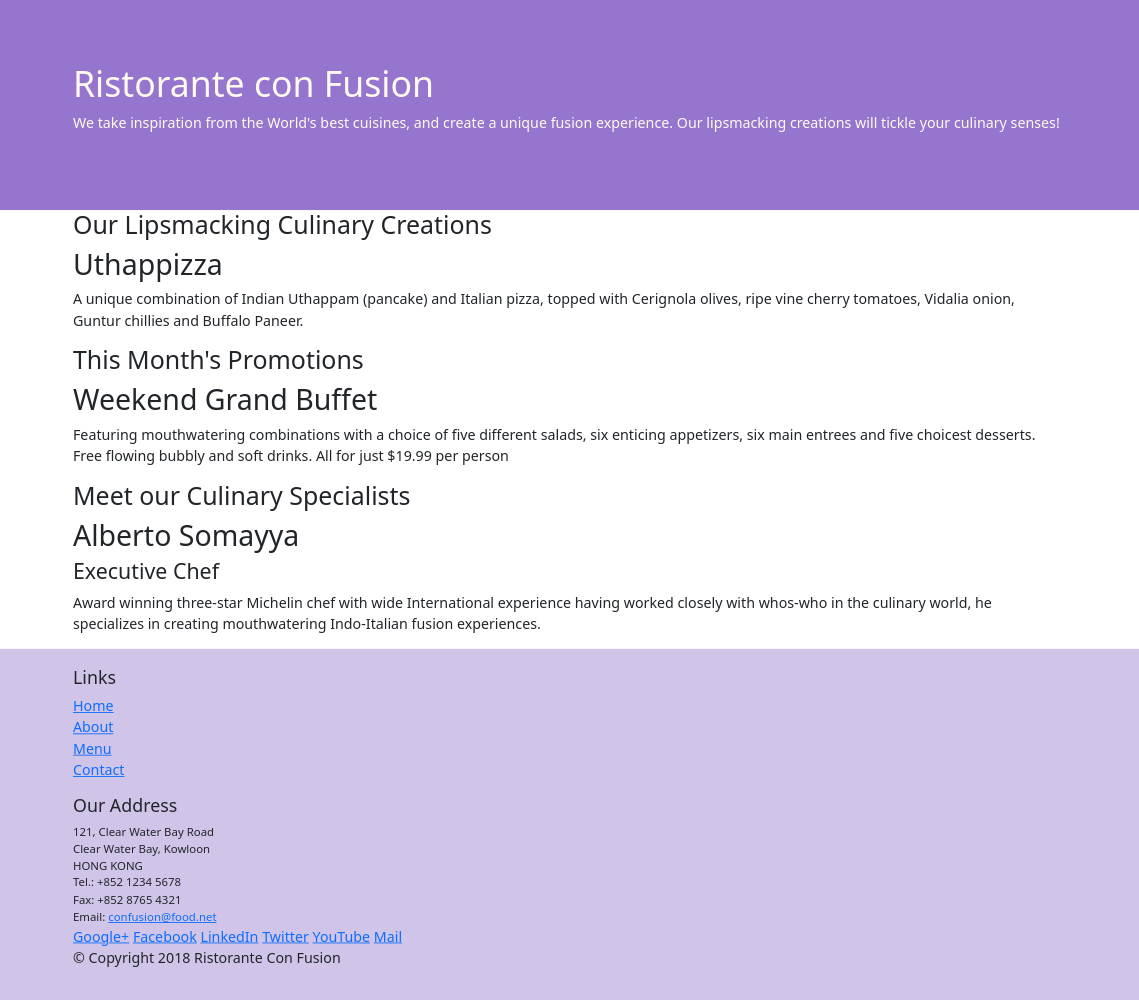
Repository: devjeremyjake/confusion
Page: index.html
The author's editor kept a copy of each file at every save. The page is drawn from the files as they stood at one save, then again after the next save.
The browser window is 1280 px wide. The pictures show the whole page, at 89% of full size.
Some web libraries are served in a nearby version.

Above is the page before, as saved 2020-01-30 15:39:19.

After the next save:
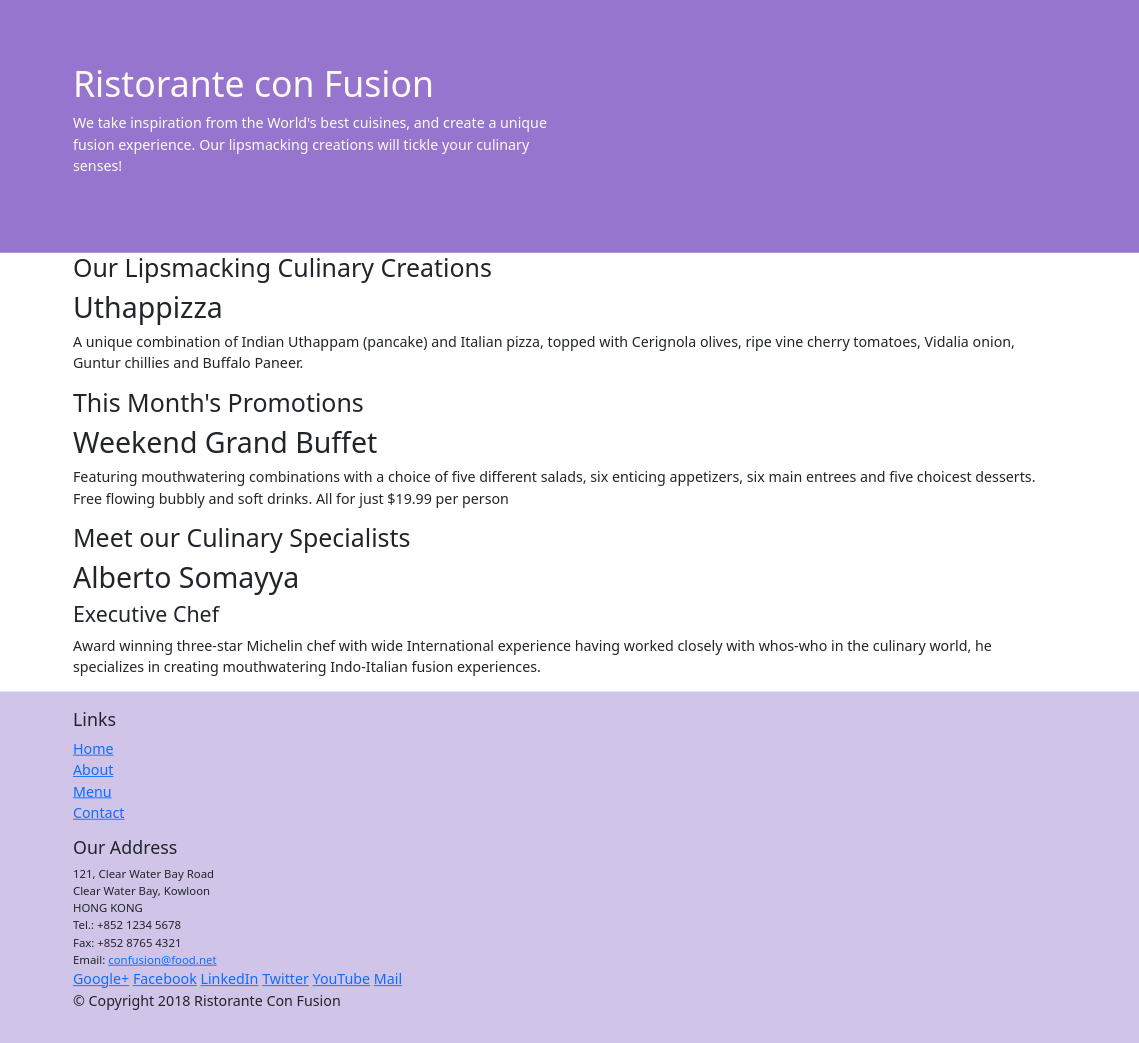
Saved 4 s later.
--- a/index.html
+++ b/index.html
@@ -13,7 +13,7 @@
 
    <header class="jumbotron">
         <div class="container">
-            <div class="row row-header align-items-center>
+            <div class="row row-header align-items-center">
                 <div class="col-12 col-sm-6">
                     <h1>Ristorante con Fusion</h1>
                     <p>We take inspiration from the World's best cuisines, and create a unique fusion experience. Our lipsmacking creations will tickle your culinary senses!</p>
